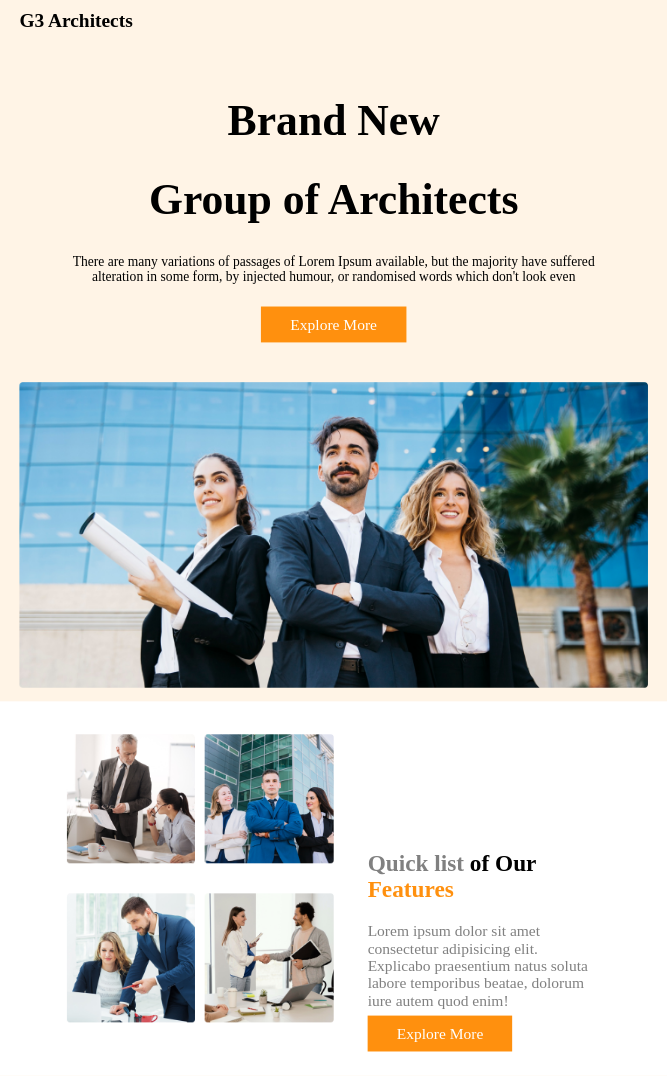
Repository: sadiaafsana138/Architect
Page: index.html
An editor plug-in stored every save of this project. The page is shown before and after the next save, followed by the edit.
The browser window is 688 px wide. The pictures show the whole page, at 97% of full size.

Above is the page before, as saved 2023-01-16 15:41:54.

### index.html
<!DOCTYPE html>
<html lang="en">
  <head>
    <meta charset="UTF-8" />
    <meta http-equiv="X-UA-Compatible" content="IE=edge" />
    <meta name="viewport" content="width=device-width, initial-scale=1.0" />
    <!-- CSS Stylesheet -->
    <link rel="stylesheet" href="style.css" />
    <title>G3 Architects</title>
  </head>
  <body>
    <!-- Head Section -->
    <header>
      <div class="top-head container">
        <div class="logo">
          <a href="">G3 Architects</a>
        </div>
        <nav class="navigation">
          <ul class="navigation-items">
            <li><a href="#">Home</a></li>
            <li><a href="#">About</a></li>
            <li><a href="#">Contact Us</a></li>
            <li><a href="#">Log In</a></li>
          </ul>
        </nav>
      </div>
      <div class="top-section container">
        <div class="top-bar-product">
          <div class="top-text">
            <h1>Brand New</h1>
            <h1>Group of Architects</h1>
            <p>
              There are many variations of passages of Lorem Ipsum available,
              but the majority have suffered <br>
              alteration in some form, by
              injected humour, or randomised words which don't look even
            </p>
            <br />
            <a href="#" class="link-btn">Explore More </a>
          </div>
          <div class="top-img">
            <img src="./images/banner.png" alt="" />
          </div>
        </div>
      </div>
    </header>
     <!--section Quick list of Our Features-->
     <section class="section-2">
      <div class="sec2div1">
        <img src="images/team1.png" alt="">

        </img>
        <img src="images/team2.png" alt="">

        </img>
        <img src="images/team3.png" alt="">

        </img>
        <img src="images/team4.png" alt="">

        </img>
      </div>
      <div class="sec2div2">
        <h2><span class="sp1">Quick list</span> of Our <br>
          <span id="sp2">Features</span> </h2>
        <p class="sp1">Lorem ipsum dolor sit amet consectetur adipisicing elit. Explicabo praesentium natus soluta labore temporibus beatae, dolorum iure autem quod enim!</p>
         <a href="#" class="link-btn">Explore More </a>

      </div>
     </section>
  </body>
</html>

### style.css
@import url("https://fonts.googleapis.com/css2?family=Inter:wght@700&family=Manrope:wght@700&display=swap");

/* common styles or utilities */
* {
  padding: 0;
  box-sizing: border-box;
}

html {
  scroll-behavior: smooth;
}

body {
  font-family: "Poppins";
  margin: 0;
}

h1 {
  font-weight: 500;
}

a {
  text-decoration: none;
}

main {
  display: flex;
  flex-direction: column;
  align-items: center;
  justify-content: center;
  margin-top: 2%;
}

.container {
  max-width: 960px;
  margin: 0 auto;
  padding: 0 20px;
}

.link-btn {
  background-color: #ff900e;
  color: white;
  padding: 10px 30px;
  transition: 0.4s all ease-in-out;
}

.link-btn:hover {
  background-color: transparent;
  border: 1px solid #ff900e;
  color: #ff900e;
}

/* Header Section */
header {
  padding: 10px 0;
  background-color: rgba(255, 144, 14, 0.1);
}

header .container {
  max-width: 1170px;
  display: flex;
  justify-content: space-between;
  align-items: center;
}

.logo {
  display: flex;
}

.logo a {
  color: black;
  font-weight: 700;
  font-size: 20px;
}

.navigation {
  display: flex;
}

.navigation-items {
  display: flex;
  align-items: center;
}

.navigation-items li {
  list-style: none;
  padding: 0 20px;
}

.navigation-items li a {
  color: black;
  font-size: 12px;
  position: relative;
}

.navigation-items li a:after {
  content: "";
  position: absolute;
  background-color: #ff900e;
  height: 3px;
  width: 0;
  left: 0;
  bottom: -10px;
  transition: 0.3s;
}

.navigation-items li a:hover:after {
  width: 100%;
}

/* Top Bar Infos */
.top-section.container {
  margin-top: 5%;
}

.top-bar-product {
  text-align: center;
}

.top-text h1 {
  font-weight: 700;
  font-size: 45px;
}

.top-text p {
  font-size: 14px;
  text-align: center;
}

.top-img {
  width: 100%;
  margin-top: 50px;
}
.top-img img {
  width: 100%;
}
/*Section 2 Quick list of Our Features*/
.sp1{
  color: gray;
}
#sp2{
  color: #ff900e;
}
.section-2{
  display:grid;
  grid-template-columns: repeat(2,1fr);
  padding-left: 10%;
  padding-right: 10%;
  padding-top: 5%;
  padding-bottom: 5%;

}
.sec2div1{
  display: grid;
  grid-template-columns: repeat(2,1fr);
  row-gap: 10px;
  column-gap: 10px;
}
.sec2div1 img{
  width: 100%;
}
.sec2div2{
  padding-left: 35px;
  padding-top: 100px;
}
/* Media Queries */
@media only screen and (max-width: 688px) {
  .navigation {
    display: none;
  }
  .container {
    width: 100%;
  }
  .top-bar-product {
    flex-direction: column;
  }
  .top-img {
    order: 1;
  }
  .top-text {
    order: 2;
    text-align: center;
  }
}
@media only screen and (min-width: 688px) and (max-width: 992px) {
  .container {
    width: 100%;
  }
}

After the next save:
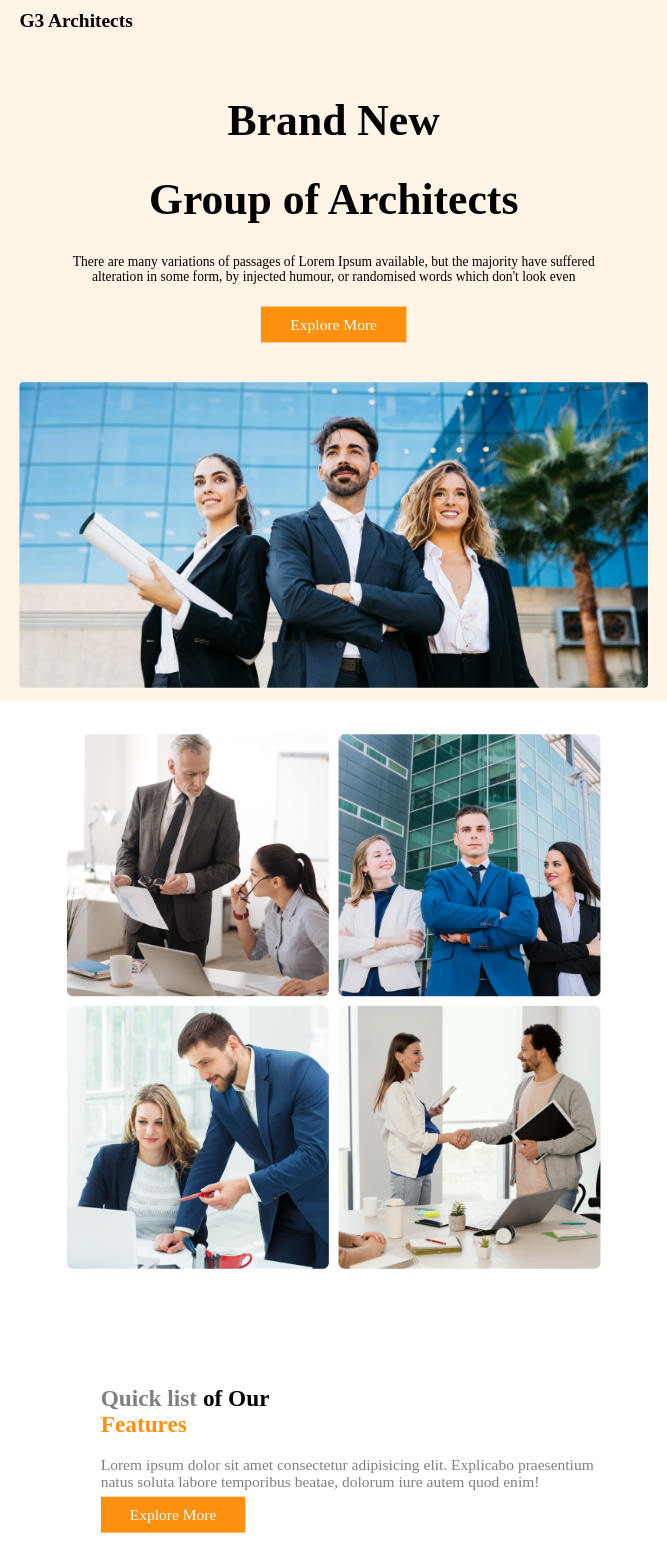
Saved 25 min 39 s later.
--- a/style.css
+++ b/style.css
@@ -181,9 +181,26 @@
     order: 2;
     text-align: center;
   }
+  .section-2{
+    display:grid;
+    grid-template-columns: repeat(1,1fr);
+  }
+  .sec2div1{
+    display: grid;
+    grid-template-columns: repeat(1,1fr);
+  }
+
 }
 @media only screen and (min-width: 688px) and (max-width: 992px) {
   .container {
     width: 100%;
   }
-}
+  .section-2{
+    display:grid;
+    grid-template-columns: repeat(1,1fr);
+  }
+  .sec2div1{
+    display: grid;
+    grid-template-columns: repeat(2,1fr);
+  }
+}
